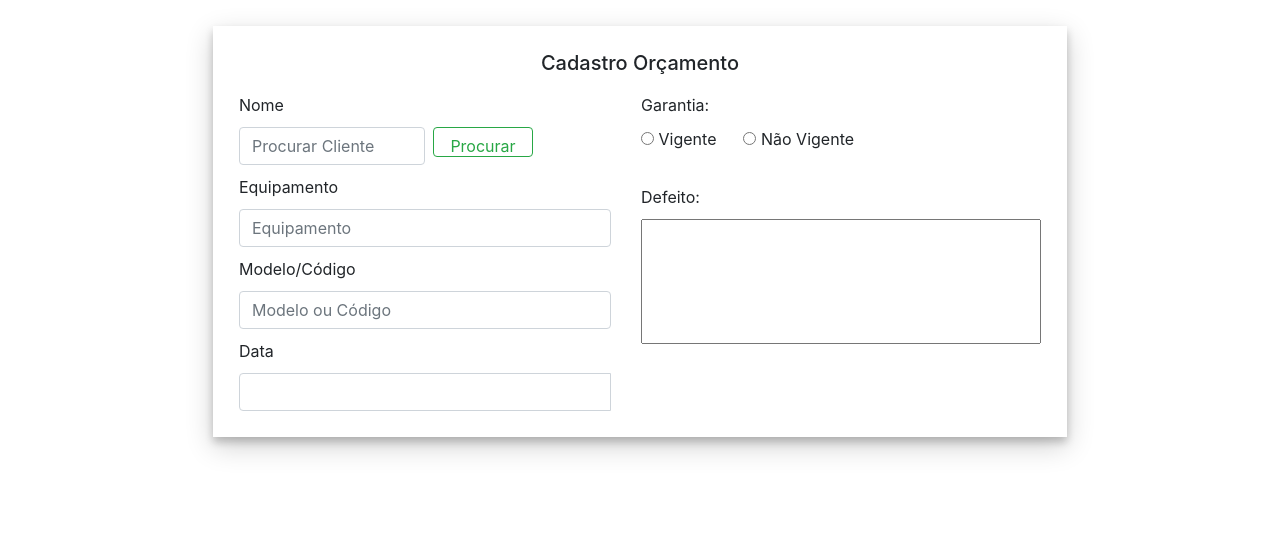
Repository: gabrielfeliphe/AssistenciaTecnica
Page: PI-AssistenciaTecnica/WebContent/pages/recepcao/funcao/cadastro_orcamento.html
The author's editor kept a copy of each file at every save. The page is drawn from the files as they stood at one save, then again after the next save.
The browser window is 1280 px wide. The pictures show the whole page.
Some icons come from a web library that is not loaded, so they are not drawn. Some web libraries are served in a nearby version.

Above is the page before, as saved 2021-10-14 23:41:11.
Console error: TypeError: Cannot read properties of undefined (reading 'fn')

After the next save:
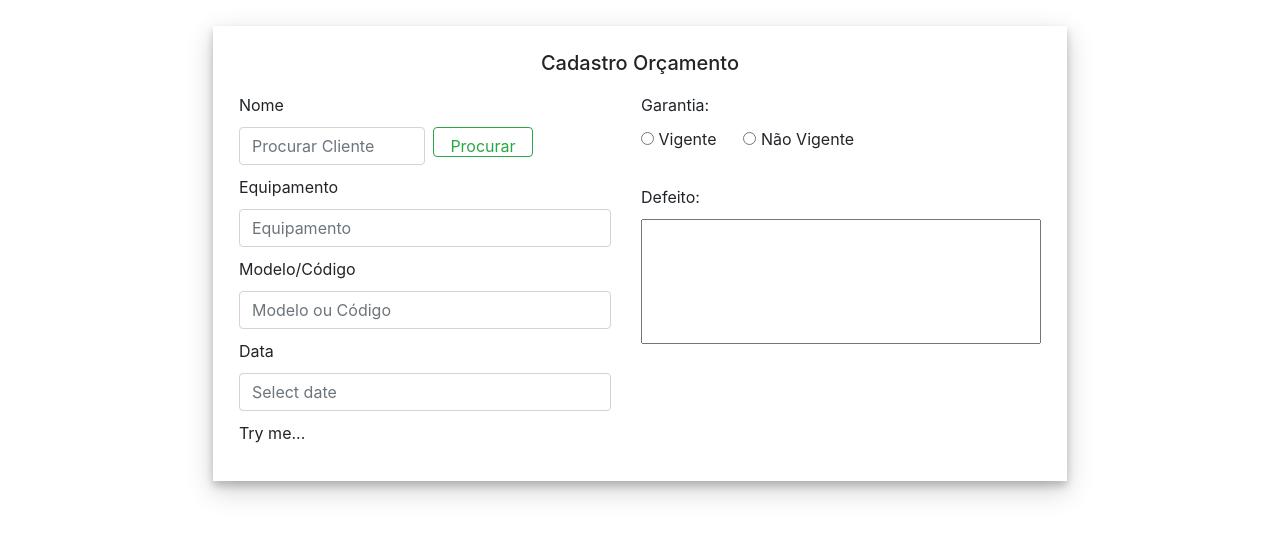
Saved 46 s later.
--- a/PI-AssistenciaTecnica/WebContent/pages/recepcao/funcao/cadastro_orcamento.html
+++ b/PI-AssistenciaTecnica/WebContent/pages/recepcao/funcao/cadastro_orcamento.html
@@ -32,12 +32,11 @@
 		 	 <label>Modelo/Código</label>
 		 	 <input type="text" class="form-control"  placeholder="Modelo ou Código">
 		 	 <label>Data</label>
-				 <div class="input-group date" data-provide="datepicker">
-		    	 <input type="text" class="form-control">
-		   		 <div class="input-group-addon">
-		        <span class="glyphicon glyphicon-th"></span>
-		   		 </div>
-				</div>
+				 <div id="date-picker-example" class="md-form md-outline input-with-post-icon datepicker">
+  <input placeholder="Select date" type="text" id="example" class="form-control">
+  <label for="example">Try me...</label>
+  <i class="fas fa-calendar input-prefix" tabindex=0></i>
+</div>
 			</div>
 			<div class="col-md">
 				<label>Garantia:</label>
